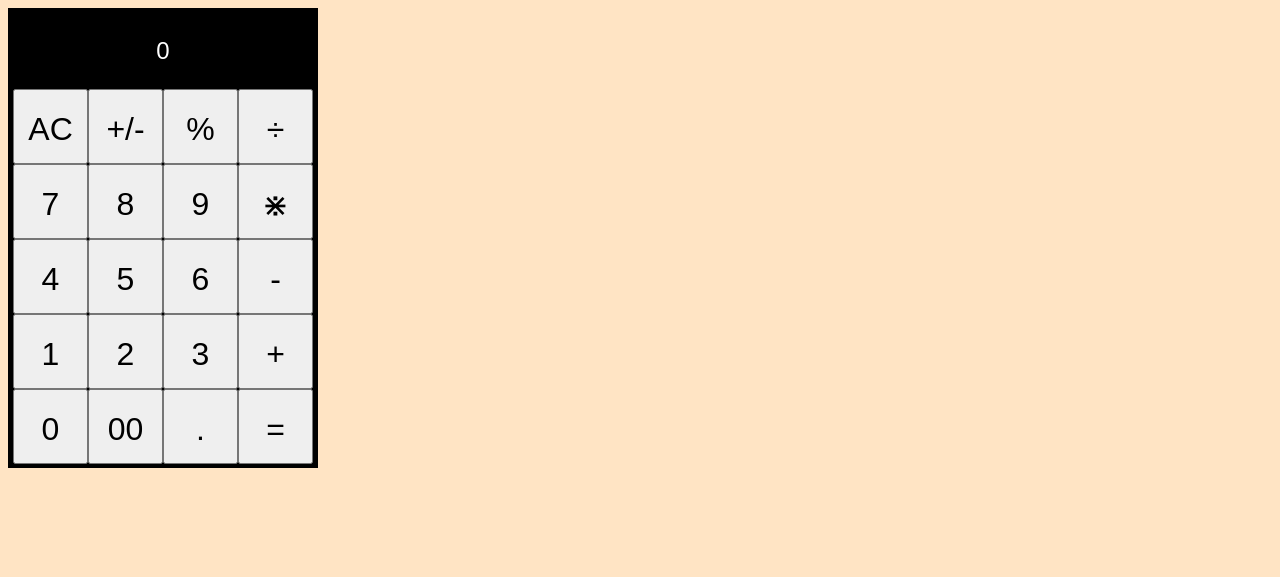
Repository: noahcallen/LAB-calculator
Page: index.html
An editor plug-in stored every save of this project. The page is shown before and after the next save, followed by the edit.
The browser window is 1280 px wide. The pictures show the whole page.

Above is the page before, as saved 2024-07-10 19:13:06.

After the next save:
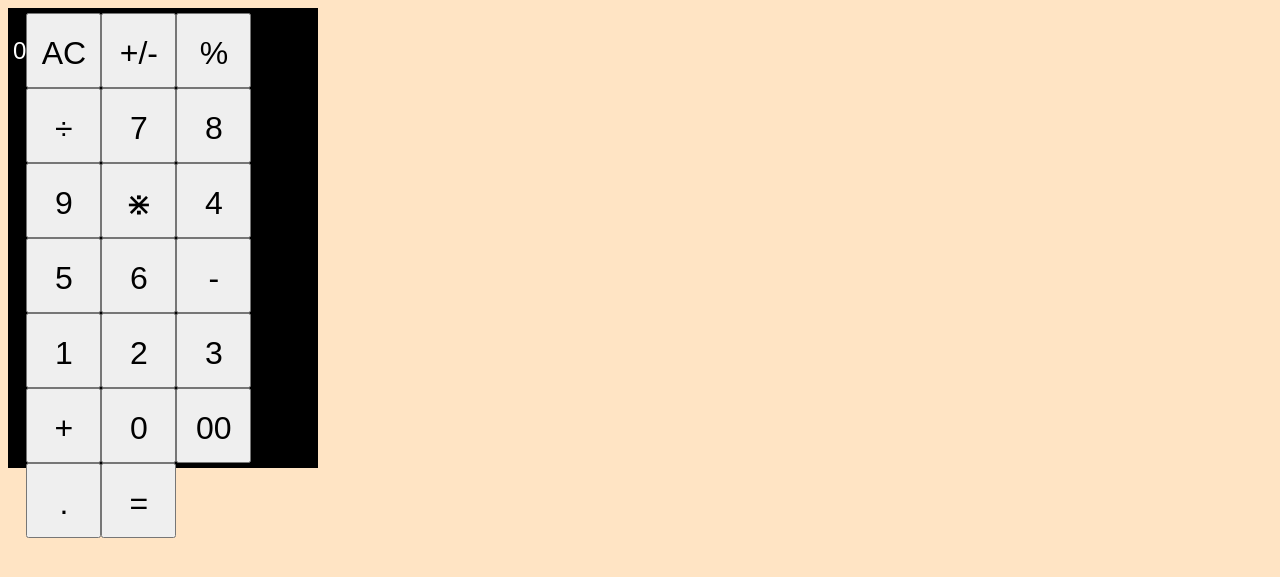
Saved 54 s later.
--- a/main.css
+++ b/main.css
@@ -3,8 +3,6 @@
 }
 
 .display {
-  /* height: 59px;
-  width: 290px; */
   color: white;
   font-family: Arial, Helvetica, sans-serif;
   font-size: x-large;
@@ -13,8 +11,8 @@
 .container {
   background-color:black;
   text-align: center;
-  /* display: flex; */
-  /* justify-content: space-around; */
+  display: flex;
+  justify-content: space-around;
   border: solid 5px black;
   height: 450px;
   width: 300px;

After the save that followed:
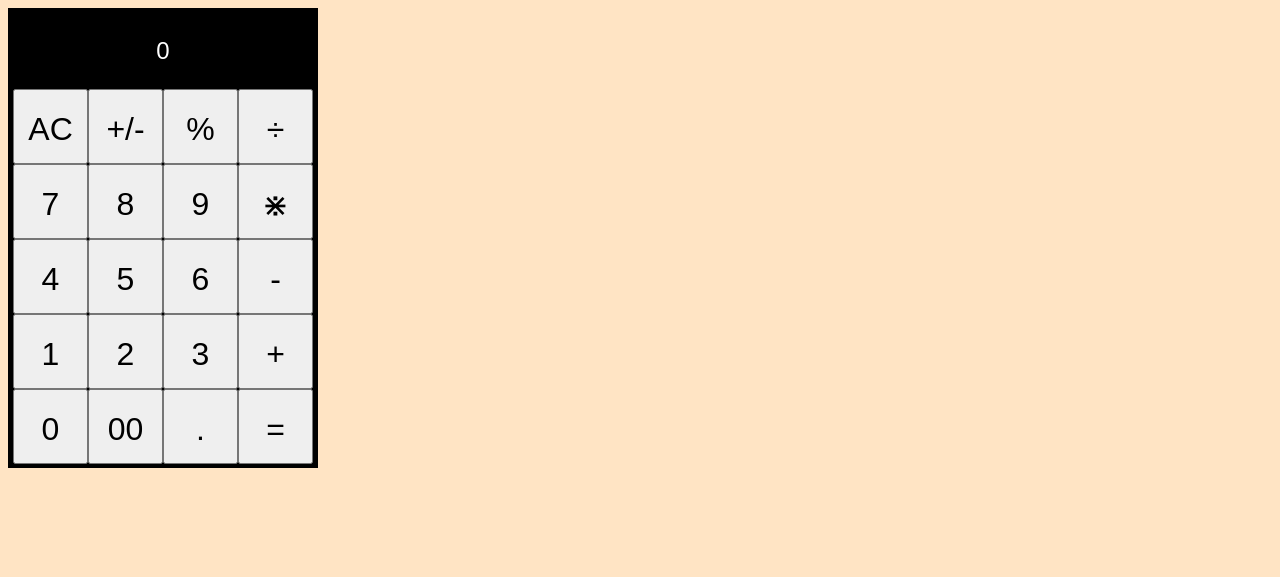
Saved 5 s later.
--- a/main.css
+++ b/main.css
@@ -11,8 +11,8 @@
 .container {
   background-color:black;
   text-align: center;
-  display: flex;
-  justify-content: space-around;
+  /* display: flex; */
+  /* justify-content: space-around; */
   border: solid 5px black;
   height: 450px;
   width: 300px;
